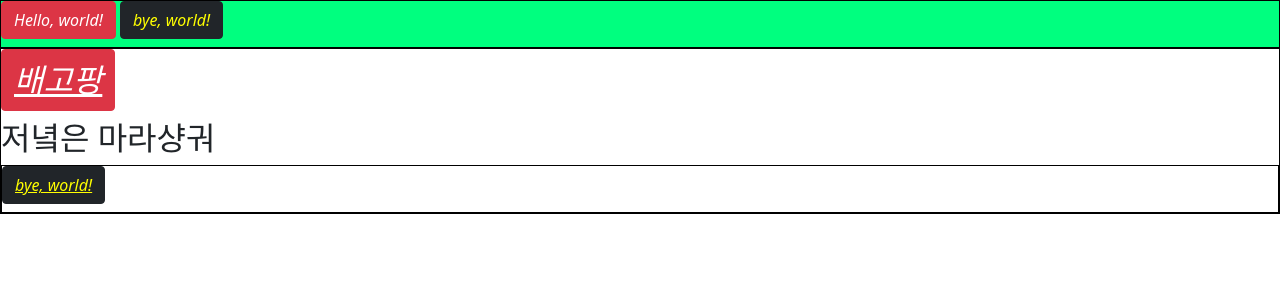
Repository: jaunnnngs/HackaTone
Page: http://localhost/StunProjects/
The author's editor kept a copy of each file at every save. The page is drawn from the files as they stood at one save, then again after the next save.
The browser window is 1280 px wide. The pictures show the whole page.
The page is served by Tomcat 9. Other server files are loaded and not shown.

Above is the page before, as saved 2021-07-20 01:47:36.

### STUN_TEAM/StunProjects/src/main/webapp/index.jsp
<%@ page language="java" contentType="text/html; charset=UTF-8"
    pageEncoding="UTF-8"%>
<!doctype html>
<html lang="en">
  <head>
    <!-- Required meta tags -->
    <meta charset="utf-8">
    <meta name="viewport" content="width=device-width, initial-scale=1">

    <!-- Bootstrap CSS -->
    <link href="https://cdn.jsdelivr.net/npm/bootstrap@5.0.2/dist/css/bootstrap.min.css" rel="stylesheet" integrity="sha384-EVSTQN3/azprG1Anm3QDgpJLIm9Nao0Yz1ztcQTwFspd3yD65VohhpuuCOmLASjC" crossorigin="anonymous">

    <title>Hello, world!</title>

    <style>
    #hello /*아이디 설정  */
    {
    	color:white;
    }
    #bye
    {
    	color:yellow;
    }
    .btn/*클래스 설정  */
    {
    	font-style : italic
    }
    div.ldj
    {
    	background : springgreen
    }
    div
    {
    	border : 1px solid black
    }
    .lng>h1
    {
    	font-size:xx-large
    }
    .lng h1
    {
    	text-decoration : underline
    }
    </style>
  </head>
  <body>
    <div class ="ldj">
    <h1 id="hello" class = "btn btn-danger">Hello, world!</h1>
    <h1 id="bye" class = "btn btn-dark">bye, world!</h1>
    </div>
    <div class ="lng">
    <h1 id="hello" class = "btn btn-danger">배고팡</h1>
    <h2> 저녘은 마라샹궈</h2>
    <div>
    <h1 id="bye" class = "btn btn-dark">bye, world!</h1>
    </div>
    </div>
    <!-- Optional JavaScript; choose one of the two! -->

    <!-- Option 1: Bootstrap Bundle with Popper -->
    <script src="https://cdn.jsdelivr.net/npm/bootstrap@5.0.2/dist/js/bootstrap.bundle.min.js" integrity="sha384-MrcW6ZMFYlzcLA8Nl+NtUVF0sA7MsXsP1UyJoMp4YLEuNSfAP+JcXn/tWtIaxVXM" crossorigin="anonymous"></script>

    <!-- Option 2: Separate Popper and Bootstrap JS -->
    <!--
    <script src="https://cdn.jsdelivr.net/npm/@popperjs/core@2.9.2/dist/umd/popper.min.js" integrity="sha384-IQsoLXl5PILFhosVNubq5LC7Qb9DXgDA9i+tQ8Zj3iwWAwPtgFTxbJ8NT4GN1R8p" crossorigin="anonymous"></script>
    <script src="https://cdn.jsdelivr.net/npm/bootstrap@5.0.2/dist/js/bootstrap.min.js" integrity="sha384-cVKIPhGWiC2Al4u+LWgxfKTRIcfu0JTxR+EQDz/bgldoEyl4H0zUF0QKbrJ0EcQF" crossorigin="anonymous"></script>
    -->
  </body>
</html>

After the next save:
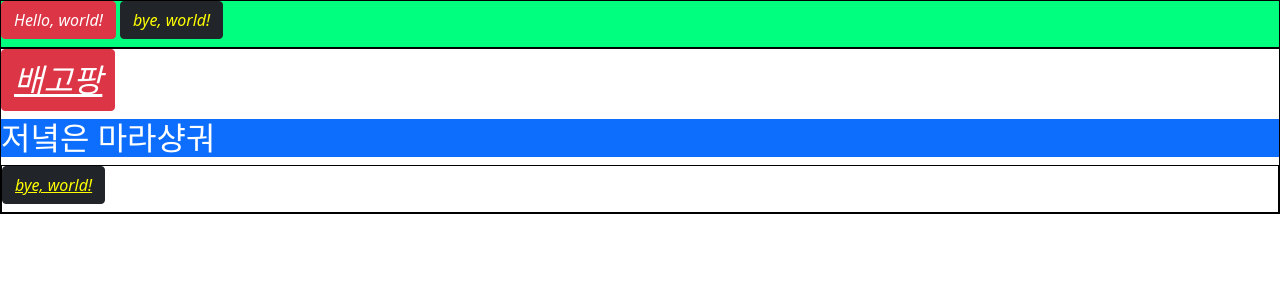
Saved 80 s later.
--- a/STUN_TEAM/StunProjects/src/main/webapp/index.jsp
+++ b/STUN_TEAM/StunProjects/src/main/webapp/index.jsp
@@ -50,7 +50,7 @@
     </div>
     <div class ="lng">
     <h1 id="hello" class = "btn btn-danger">배고팡</h1>
-    <h2> 저녘은 마라샹궈</h2>
+    <h2 class=btn-primary> 저녘은 마라샹궈</h2>
     <div>
     <h1 id="bye" class = "btn btn-dark">bye, world!</h1>
     </div>
